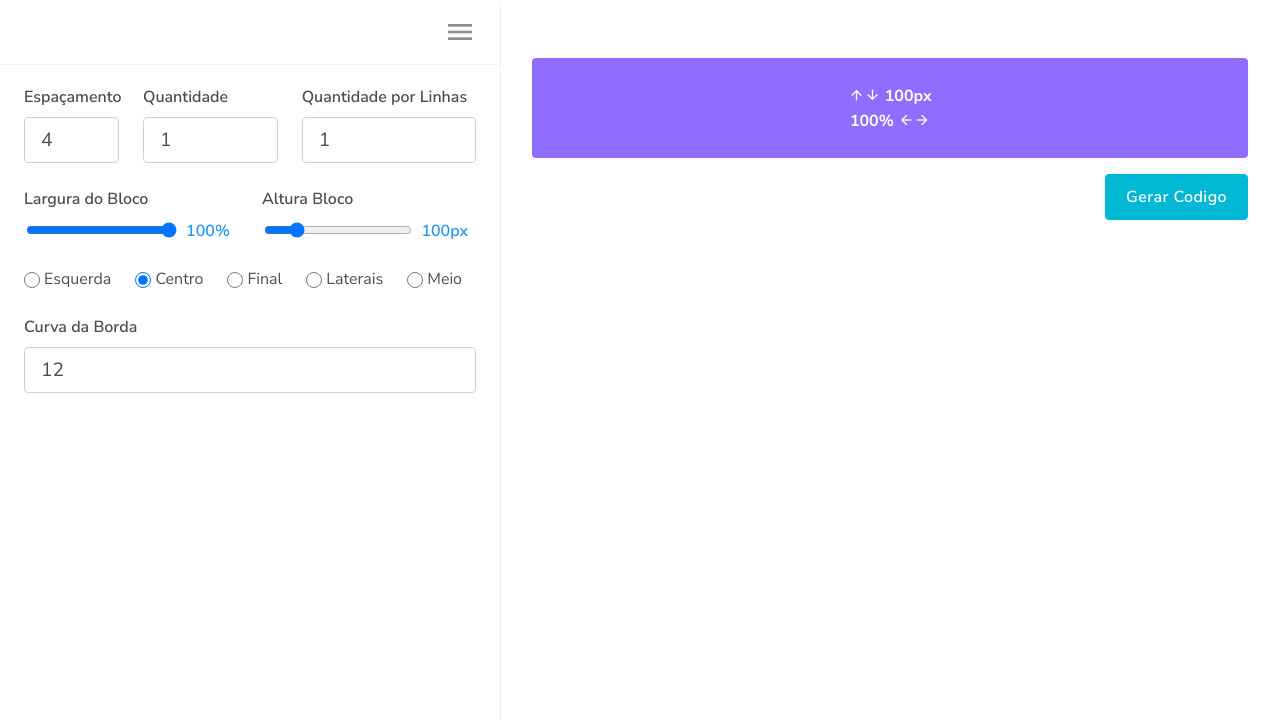
Repository: Flintdl/lowcode-elements
Page: /
The author's editor kept a copy of each file at every save. The page is drawn from the files as they stood at one save, then again after the next save.
The browser window is 1280 px wide. The pictures show the whole page.
The project was rebuilt for these pictures with package versions that can differ from the ones it lists, and the page was loaded fresh each time. Also part of the build but not shown: vue.config.js.

Above is the page before, as saved 2022-04-05 10:25:26.

### src/components/Menu/MenuTemplate.vue
<template>
  <div>
    <div
      class="ham burger-link-mobile sf-display-flex sf-display-md-none"
      @click="menu"
    >
      <i class="mdi mdi-menu sf-text-xlg sf-text-muted sf-dropdown-action"></i>
    </div>
    <nav class="sf-menu">
      <div class="sf-menu-header">
        <div
          @click="menu"
          class="hamburger-link sf-display-none sf-display-md-block"
        >
          <i
            class="mdi mdi-menu sf-text-xlg sf-text-muted sf-dropdown-action"
          ></i>
        </div>
      </div>
      <div class="sf-menu-body">
        <ul class="sf-menu-ul">
          <li class="sf-menu-li sf-px-4">
            <div class="sf-row">
              <div class="sf-col-3 sf-form-group">
                <label class="sf-label">Espaçamento</label>
                <input
                  type="number"
                  min="1"
                  max="12"
                  value="2"
                  id="inputGap"
                  v-model="inputGap"
                  class="filter-states sf-text-capitalize"
                  placeholder="Quantidade de Blocos"
                />
              </div>
              <div class="sf-col-4 sf-form-group">
                <label class="sf-label">Quantidade</label>
                <input
                  type="number"
                  value="1"
                  id="inputQuantidade"
                  v-model="inputQuantidade"
                  class="filter-states sf-text-capitalize"
                  placeholder="Quantidade de Blocos"
                />
              </div>
              <div class="sf-col-5 sf-form-group">
                <label class="sf-label">Quantidade por Linhas</label>
                <input
                  type="number"
                  min="1"
                  max="12"
                  value="1"
                  id="inputQuantidadeLinha"
                  v-model="inputQuantidadeLinha"
                  class="filter-states sf-text-capitalize"
                  placeholder="Quantidade Linha"
                />
              </div>
              <div class="sf-col-6 sf-form-group">
                <label class="sf-label">Largura do Bloco</label>
                <div class="sf-input-group">
                  <input
                    type="range"
                    min="10"
                    max="100"
                    value="10"
                    id="inputRange"
                    v-model="inputRange"
                    class="sf-px-0 sf-border-right-0 sf-border-radius-right-0 sf-text-capitalize"
                  />
                  <div
                    class="sf-input-group-append sf-display-flex sf-justify-content-center"
                  >
                    <div
                      class="sf-display-flex sf-align-items-center sf-justify-content-center sf-border-left-0 sf-border-radius sf-border-radius-left-0 sf-px-2 sf-text-info sf-font-weight-bold sf-min-60-px"
                    >
                      {{ inputRange }}%
                    </div>
                  </div>
                </div>
              </div>
              <div class="sf-col-6 sf-form-group">
                <label class="sf-label">Altura Bloco</label>
                <div class="sf-input-group">
                  <input
                    type="range"
                    min="10"
                    max="500"
                    id="valorHeight"
                    v-model="valorHeight"
                    class="sf-px-0 sf-border-right-0 sf-border-radius-right-0 sf-text-capitalize"
                  />
                  <div
                    class="sf-input-group-append sf-display-flex sf-justify-content-center"
                  >
                    <div
                      class="sf-display-flex sf-align-items-center sf-justify-content-center sf-border-left-0 sf-border-radius sf-border-radius-left-0 sf-px-2 sf-text-info sf-font-weight-bold sf-min-60-px"
                    >
                      {{ valorHeight }}px
                    </div>
                  </div>
                </div>
              </div>
              <div class="sf-col-auto sf-form-group">
                <input
                  id="start"
                  type="radio"
                  name="positionDivs"
                  v-model="checkValue"
                  value="start"
                  checked
                />
                <label for="start"> Esquerda</label>
              </div>

              <div class="sf-col-auto sf-form-group">
                <input
                  type="radio"
                  id="center"
                  name="positionDivs"
                  v-model="checkValue"
                  value="center"
                />
                <label for="center"> Centro</label>
              </div>

              <div class="sf-col-auto sf-form-group">
                <input
                  type="radio"
                  id="end"
                  name="positionDivs"
                  v-model="checkValue"
                  value="end"
                />
                <label for="end"> Final</label>
              </div>
              <div class="sf-col-auto sf-form-group">
                <input
                  type="radio"
                  id="between"
                  name="positionDivs"
                  v-model="checkValue"
                  value="between"
                />
                <label for="between"> Laterais</label>
              </div>
              <div class="sf-col-auto sf-form-group">
                <input
                  type="radio"
                  id="around"
                  name="positionDivs"
                  v-model="checkValue"
                  value="around"
                />
                <label for="around"> Meio</label>
              </div>
              <div class="sf-col-12 sf-form-group">
                <label class="sf-label">Curva da Borda</label>
                <input
                  type="number"
                  value="1"
                  id="inputBorderRadius"
                  v-model="inputBorderRadius"
                  class="filter-states sf-text-capitalize"
                  placeholder="Quantidade de Blocos"
                />
              </div>
            </div>
          </li>
        </ul>
      </div>
    </nav>
    <div class="sf-content-page">
      <HomeView
        :valor="parseInt(inputRange)"
        :inputGap="parseInt(inputGap)"
        :valorHeight="parseInt(valorHeight)"
        :quantidade="parseInt(inputQuantidade)"
        :quantidadeLinha="parseInt(inputQuantidadeLinha)"
        :inputBorderRadius="parseInt(inputBorderRadius)"
        :checkValue="checkValue"
      />
    </div>
    <div class="ga-mascara-fundo" @click="mask"></div>
  </div>
</template>

<script>
import HomeView from "@/views/HomeView.vue";
import image from "@/assets/logo-soften.webp";

export default {
  name: "MenuTemplate",
  data: function () {
    return {
      inputQuantidade: (this.inputQuantidade = 1),
      inputQuantidadeLinha: (this.inputQuantidadeLinha = 1),
      inputBorderRadius: (this.inputBorderRadius = 12),
      inputRange: (this.inputRange = 100),
      valorHeight: (this.valorHeight = 100),
      inputGap: (this.inputGap = 4),
      checkValue: (this.checkValue = "center"),
      image: image,
    };
  },
  components: {
    HomeView,
  },
  beforeMount() {
    if (window.innerWidth >= 768) {
      if (localStorage.getItem("menu") === "fechado") {
        document.body.classList.add("menu-fechado");
      } else {
        document.body.classList.remove("menu-fechado");
      }
    }

    (function () {
      var current = window.location.pathname.split("")[0];
      if (current === "") return;
      var menuItems = document.querySelectorAll(".sf-menu-list-link");
      for (var i = 0, len = menuItems.length; i < len; i++) {
        if (menuItems[i].getAttribute("href").indexOf(current) !== -1) {
          menuItems[i].className += " active-nolink";
          menuItems[i].nextElementSibling.className += " active-nolink";
        }
      }
    })();
  },
  methods: {
    menu() {
      if (window.innerWidth >= 768) {
        document.body.classList.toggle("menu-fechado");
        if (document.body.classList.contains("menu-fechado")) {
          localStorage.setItem("menu", "fechado");
        } else {
          localStorage.removeItem("menu");
        }
      } else {
        document.body.classList.toggle("menu-mobile-aberto");
      }
    },
    mask() {
      document.body.classList.remove("menu-mobile-aberto");
    },
  },
};

// function dropdown(menu) {
//   var dropdowns = document.getElementsByClassName("sf-dropdown-menu");
//   var i;
//   for (i = 0; i < dropdowns.length; i++) {
//     var openDropdown = dropdowns[i];
//     if (openDropdown.classList.contains("show")) {
//       openDropdown.classList.remove("show");
//     }
//   }
//   document.querySelector(menu).classList.toggle("show");
// }
</script>

<style lang="scss">
@import "@/assets/scss/style.scss";
@import "@/assets/scss/standard.scss";
@import "@/assets/scss/menu.scss";
</style>

### src/assets/scss/_variables.scss
// Primarys Colors
$standardTextColor: #4d4d4d;

$primaryColor: #8e6dff;
$secondaryColor: #009997;
$buttonDisableColor: #9c9c9c;
$buttonDisableBgColor: #7676764d;

// Menu Colors

$bgMenuColor: #1d1d1d;
$linkMenuColor: #7b8089;
$iconMenuColor: #2a2a2a;
$borderMenuColor: #323232;

// Botão Colors

$btnPrimary: #00b8d4;
$btnPrimaryHover: #0085b0;

// Generics Colors

$whiteColor: #ffffff;
$mutedColor: #8f8f8f;
$cardColor: #f3f4f7;
$cardColorLight: #f9fafc;
$cardColorLightTwo: #f1f5fc;
$greyLight: #d1d1d1;

// Dropdown Colors

$dropdownHeaderColor: #5f5f5f;
$dropdownColor: #ebffff;

// State Colors

$successColor: #3dc661;
$dangerColor: #e7515a;
$warningColor: #e2a03f;
$infoColor: #2196f3;
$defaultColor: #172b4d;
$lightColor: #e0e0e0;

### src/assets/scss/standard.scss
@import "variables";

.sf-content-page {
  transition: margin-left 0.15s ease;
  margin-left: 500px;
  padding: 3.6rem 2rem;
}

input,
select {
  font-size: 1.2rem;
  font-family: "Nunito Sans", sans-serif;
  color: #4d4d4d;
  background-color: #ffffff;
  width: 100%;
  display: block;
  height: 46px;
  padding: 0 1rem;
  border-radius: 4px;
  border: 1px solid #d1d1d1;
}

input:disabled {
  background-color: $buttonDisableBgColor;
}

textarea {
  font-size: 0.875rem;
  font-family: "Nunito Sans", sans-serif;
  color: #4d4d4d;
  background-color: #ffffff;
  width: 100%;
  display: block;
  padding: 1rem;
  border-radius: 4px;
  border: 1px solid #d1d1d1;
  resize: none;
}

input[type="range"] {
  height: fit-content !important;
}

.sf-form-100 {
  width: calc(100% + 24px);
}

/* Input Radio */
.form-selectradio,
.form-selectcheckbox {
  display: flex;
}

.form-selectradiobutton,
.form-selectcheckboxbutton {
  display: inline-block;
  border-radius: 50%;
  margin: 0;
}

.form-selectradiobutton label,
.form-selectcheckboxbutton label {
  font-size: 0.875rem;
  cursor: pointer;
  display: inline-block;
  margin: 0 16px 0 8px;
  vertical-align: middle;
}

input[type="radio"],
input[type="checkbox"] {
  width: 1rem;
  height: 1rem;
  text-align: center;
  position: relative;
  border-radius: 50%;
  line-height: 16px;
  cursor: pointer;
  margin: 0;
  display: inline-block;
  vertical-align: middle;
}

input[type="checkbox"] {
  border-radius: 6px;
}

// Renderização de Consulta - Botão

.sf-action-rendered-content {
  gap: 8px;
  .sf-action-rendered-consult {
    -webkit-box-flex: 1;
    -ms-flex-positive: 1;
    flex-grow: 1;
    white-space: nowrap;
    width: auto;
    span {
      cursor: pointer;
      &:hover {
        // background-color: #27272736 !important;
        border-color: #272727 !important;
      }
      &.actived {
        // background-color: #00b8d436 !important;
        border-color: #00b8d4 !important;
        font-weight: 700;
      }
    }
  }
}

// Renderização de Consulta - Botão

// Conteúdo socio resultado

.sf-card-socio-content {
  gap: 12px;
  .sf-card-socio {
    width: 100%;
    &.actived {
      div {
        background-color: #1fbdd538;
        border-color: #00b8d4 !important;
        color: #0395ac;
      }
    }
    &:hover {
      div {
        border-color: #00b8d4 !important;
        color: #0395ac;
        cursor: pointer;
      }
    }
  }
}
// Conteúdo socio resultado

// Conteúdo contato resultado

.sf-contact-business-content {
  gap: 12px;
  &.sf-business-overflow {
    ::-webkit-scrollbar {
      background: #e0e0e0;
      height: 4px;
      width: 6px;
    }

    ::-webkit-scrollbar-thumb {
      background: #bebebe;
    }
    ::-webkit-scrollbar-track {
      background-color: #e0e0e0;
    }
    ul {
      max-height: 392px;
      overflow-y: auto;
    }
  }
  .sf-contact-content-list {
    width: 100%;
    &.content-list-segments {
      height: fit-content;
      div {
        background-color: #f5f5f5;
        width: 100%;
      }
      &.actived {
        div {
          background-color: #1fbdd538;
          border-color: #00b8d4 !important;
          color: #0395ac;
        }
      }
      &:hover {
        div {
          border-color: #00b8d4 !important;
          color: #0395ac;
          cursor: pointer;
        }
      }
    }
  }
  &.sf-content-grid {
    .sf-contact-content-list {
      flex: initial;
    }
  }
}

.information-list-business {
  .information-list-business-li {
    span {
      width: 100%;
    }
    &:nth-child(odd) {
      background-color: #79797936;
    }
  }
}

.autocomplete-items {
  position: absolute;
  border: 1px solid #d4d4d4;
  margin: 12px 12px 0;
  border-radius: 4px;
  max-height: 210px;
  overflow-y: auto;
  z-index: 99;
  top: 100%;
  left: 0;
  right: 0;
}

.autocomplete-items div {
  padding: 10px;
  cursor: pointer;
  background-color: #fff;
  border-bottom: 1px solid #d4d4d4;
  &:last-child {
    border-bottom: 0;
  }
}

.autocomplete-items div:hover {
  background-color: #e9e9e9;
}

.autocomplete-active {
  background-color: DodgerBlue !important;
  color: #ffffff;
}

@media (min-width: 731px) {
  .sf-contact-business-content {
    .sf-contact-content-list {
      width: calc(50% - 12px);
    }
    &.sf-content-grid {
      .sf-contact-content-list {
        width: calc(50% - 12px);
      }
    }
  }
  .sf-card-socio-content {
    .sf-card-socio {
      width: calc(50% - 12px);
    }
  }
}

@media (min-width: 960px) {
  .sf-contact-business-content {
    .sf-contact-content-list {
      width: calc((100% - 24px) / 3);
    }
    &.sf-content-grid {
      .sf-contact-content-list {
        width: calc((100% - 24px) / 3);
      }
    }
  }
  .sf-card-socio-content {
    .sf-card-socio {
      width: calc((100% - 24px) / 3);
    }
  }
}
@media (min-width: 1200px) {
  .sf-contact-business-content {
    .sf-contact-content-list {
      width: calc((100% - 24px) / 3);
    }
    &.sf-content-grid {
      .sf-contact-content-list {
        width: calc(100% / 4);
      }
    }
  }
  .sf-card-socio-content {
    .sf-card-socio {
      width: calc((100% - 36px) / 4);
    }
  }
}

// Conteúdo contato resultado

.sf-loading-animation {
  z-index: 999999;
  // display: none;
  height: 100px;
  width: 100px;
}

.sf-loading-input {
  height: 100%;
  width: 40px;
}

// Error Style

.sf-error-svg {
  font-size: 3rem;
  font-family: Impact, Haettenschweiler, "Arial Narrow Bold", sans-serif;
}
/*////////////////////v animation//////////////////*/
.text1 {
  fill: none;
  stroke-linejoin: round;
  stroke-dasharray: 1160;
  stroke-dashoffset: 0;
}
.text1:nth-child(3n) {
  fill: #272727;
}

.text1:nth-child(3n + 2) {
  fill: #e7515a;
}

.text2 {
  fill: #2196f3;
}
// Mesagem Box

.mensagem-box {
  position: fixed;
  overflow: hidden;
  z-index: 997;
  right: 30px;
  bottom: 30px;
}

.mensagem {
  margin-bottom: 12px;
  border-radius: 4px;
  padding: 16px 32px;
  font-size: 1rem;
  color: #fff;
  z-index: 998;
}

.mensagem:last-child {
  margin-bottom: 0;
}

.mensagem.success {
  background-color: $successColor;
}

.mensagem.error {
  background-color: $dangerColor;
}

.mensagem.warning {
  background-color: $warningColor;
}

// Mesagem Box

// Error Style

.sf-modal {
  background-color: #000;
  position: fixed;
  z-index: -1;
  display: none;
  height: 100%;
  width: 100%;
  opacity: 0;
  left: 0;
  top: 0;
  &.actived {
    background-color: gray;
    display: block;
    z-index: 9999;
    opacity: 0.8;
  }
}

### src/views/HomeView.vue
<template>
  <div>
    <div class="sf-row">
      <div
        id="sf-preview-code-content"
        class="sf-col-12 sf-mx-auto sf-position-relative"
      >
        <!-- <div class="sf-display-flex sf-flex-wrap sf-width-100">
          <div
            id="sf-grid-template"
            class="sf-grid sf-position-relative"
            :style="{
              width: cssProps.width,
              height: String(valorHeight) + 'px',
              left: inputGap / 2 + 'px',
            }"
            v-bind:key="n"
            v-for="n of quantidade"
          ></div>
        </div> -->
        <div id="sf-preview-code">
          <div
            :style="gapProps"
            :class="[
              'sf-display-flex sf-flex-wrap sf-width-100',
              'sf-justify-content-' + checkValue,
            ]"
          >
            <DivGrid
              v-bind:key="n"
              v-for="n of quantidade"
              :tamanho="String(valor)"
              :altura="String(valorHeight)"
              class="sf-position-relative"
              :width="cssProps"
            />
          </div>
        </div>
      </div>
      <div class="sf-col-12 sf-mt-3 sf-display-flex sf-justify-content-end">
        <button class="sf-btn sf-btn-primary" @click="gerarCodigo">
          Gerar Codigo
        </button>
      </div>
    </div>
    <div class="sf-row" v-if="htmlPreviewCode">
      <div class="sf-col-12 sf-mx-auto sf-mt-5 sf-code-content">
        <div class="sf-bg-code sf-p-4 sf-border-radius">
          <code>
            <span class="sf-text-info">Código do Preview</span> <br />
            {{ htmlPreviewCode }}
          </code>
        </div>
      </div>
    </div>
  </div>
</template>

<script>
// @ is an alias to /src

import DivGrid from "@/components/templates/DivGrid.vue";

export default {
  name: "HomeView",
  data: function () {
    return {
      htmlPreviewCode: null,
    };
  },
  components: {
    DivGrid,
  },
  props: {
    valor: Number,
    inputGap: Number,
    quantidade: Number,
    valorHeight: Number,
    quantidadeLinha: Number,
    checkValue: String,
  },
  computed: {
    cssProps() {
      return {
        width: `calc((${this.valor}% - ${this.inputGap}px * ${
          this.quantidadeLinha - 1
        }) / ${this.quantidadeLinha})`,
        height: this.valorHeight + "px",
      };
    },
    gapProps() {
      return {
        gap: this.inputGap + "px",
      };
    },
  },
  methods: {
    gerarCodigo() {
      this.htmlPreviewCode =
        document.getElementById("sf-preview-code").innerHTML;
    },
  },
};
</script>

<style>
#sf-grid-template:after {
  content: "";
  width: 100%;
  height: 150%;
  top: -25%;
  background-color: #ff008c0a;
  border: 1px solid rgba(255, 0, 140, 0.103);
  border-left: 2px solid #ff008c38;
  border-right: 2px solid #ff008c38;
  position: absolute;
}
</style>

### src/components/templates/DivGrid.vue
<template>
  <div
    class="sf-bg-primary sf-position-relative sf-border-radius sf-overflow-hidden"
    :style="width"
  >
    <span
      class="sf-position-absolute sf-centerAbsolute-xy sf-text-white sf-font-weight-extra-bold sf-text-center"
      :style="tamanho"
    >
      <i
        class="mdi mdi-arrow-up sf-text-md sf-text-white sf-dropdown-action"
      ></i>
      <i
        class="mdi mdi-arrow-down sf-text-md sf-text-white sf-dropdown-action"
      ></i>
      {{ altura }}px <br />

      {{ tamanho }}%
      <i
        class="mdi mdi-arrow-left sf-text-md sf-text-white sf-dropdown-action"
      ></i>
      <i
        class="mdi mdi-arrow-right sf-text-md sf-text-white sf-dropdown-action"
      ></i>
    </span>
  </div>
</template>

<script>
export default {
  props: {
    width: Object,
    tamanho: String,
    altura: String,
  },
};
</script>

<style></style>

Loaded but not shown: public/index.html (common file); src/main.js (common file); src/App.vue (common file); src/registerServiceWorker.js (common file); src/router/index.js (common file); src/assets/scss/materialdesignicons.scss (9 lines, source omitted); src/assets/scss/style.scss (4087 lines, source omitted); src/assets/scss/menu.scss (396 lines, source omitted)

After the next save:
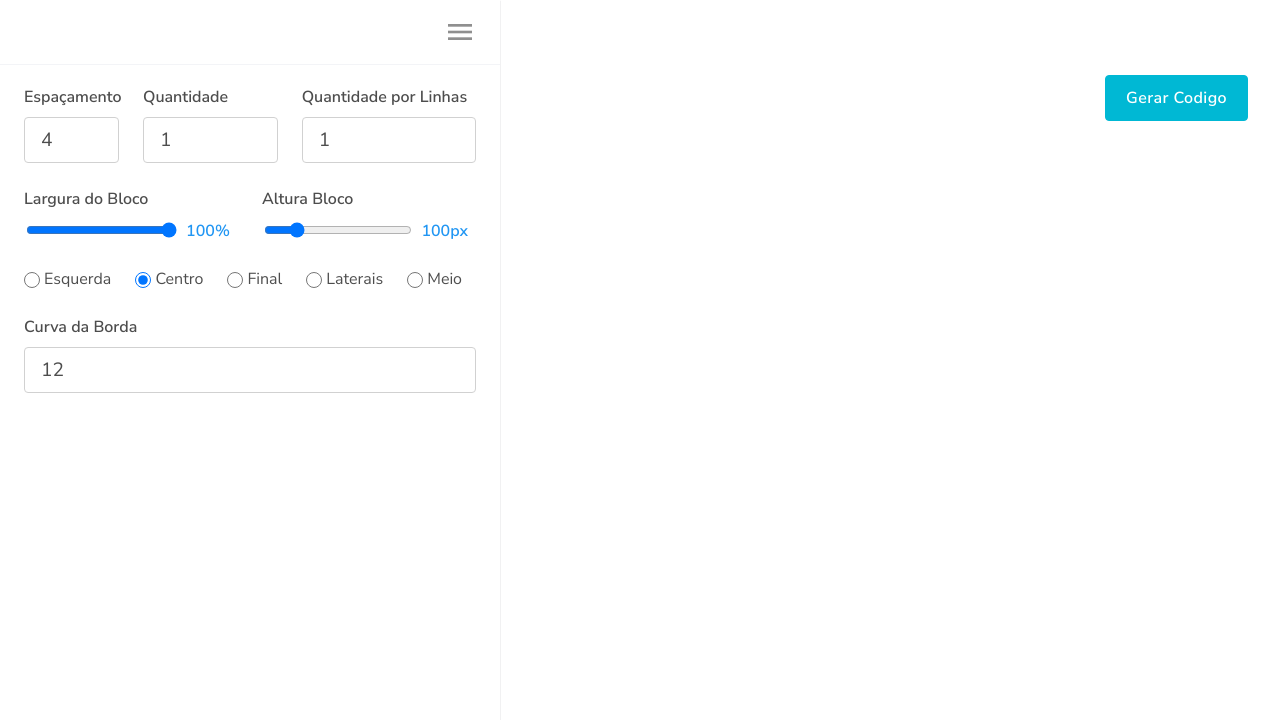
Saved 38 s later.
--- a/src/views/HomeView.vue
+++ b/src/views/HomeView.vue
@@ -32,7 +32,7 @@
               :tamanho="String(valor)"
               :altura="String(valorHeight)"
               class="sf-position-relative"
-              :width="cssProps"
+              :cssDefinido="cssProps"
             />
           </div>
         </div>

After the 2 saves that followed:
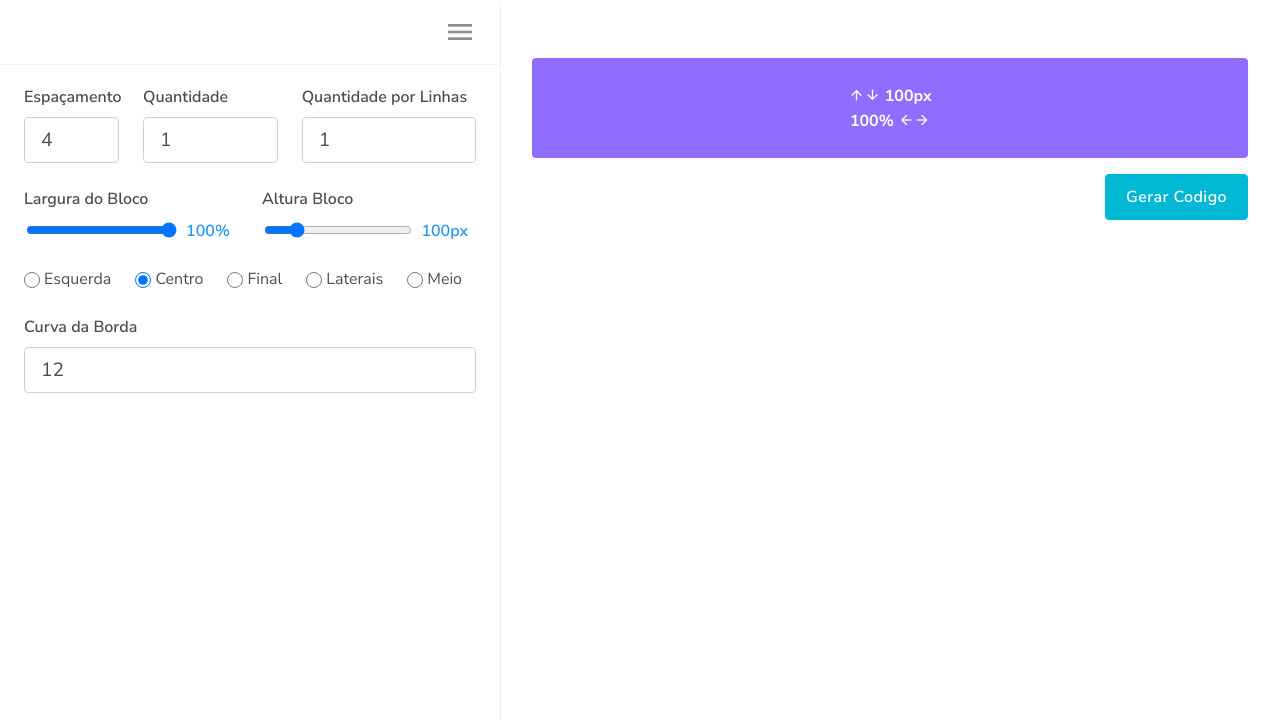
The 2 saves are shown as one change because 1 left the picture as it was.
The last was saved 11 s later.
--- a/src/components/templates/DivGrid.vue
+++ b/src/components/templates/DivGrid.vue
@@ -1,7 +1,7 @@
 <template>
   <div
     class="sf-bg-primary sf-position-relative sf-border-radius sf-overflow-hidden"
-    :style="width"
+    :style="cssDefinido"
   >
     <span
       class="sf-position-absolute sf-centerAbsolute-xy sf-text-white sf-font-weight-extra-bold sf-text-center"
@@ -29,7 +29,7 @@
 <script>
 export default {
   props: {
-    width: Object,
+    cssDefinido: Object,
     tamanho: String,
     altura: String,
   },
